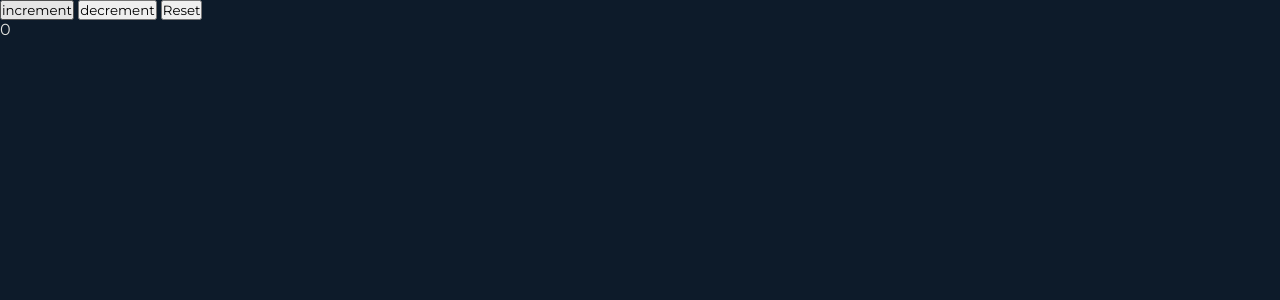
Repository: EguJaredoBoyd/Jared-Counter-App
Page: index.html
An editor plug-in stored every save of this project. The page is shown before and after the next save, followed by the edit.
The browser window is 1280 px wide. The pictures show the whole page.

Above is the page before, as saved 2025-11-17 20:53:04.

After the next save:
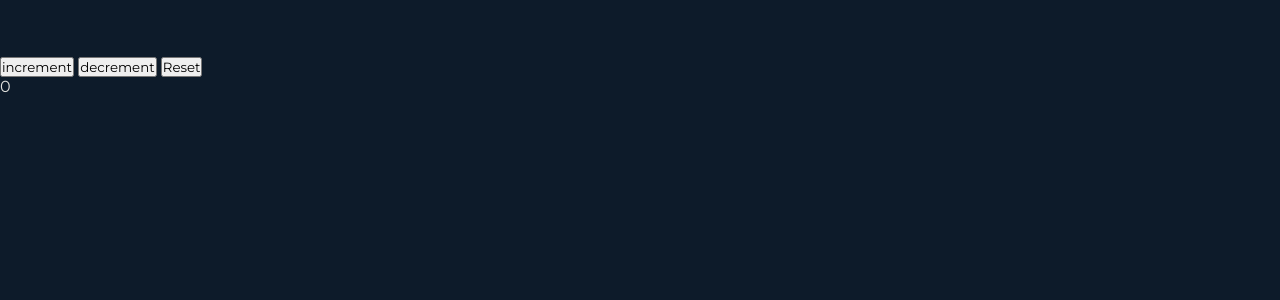
Saved 9 min 29 s later.
--- a/index.html
+++ b/index.html
@@ -14,6 +14,13 @@
 </head>
 
 <body>
+    <ul>
+        <li></li>
+        <li></li>
+        <li>
+
+        </li>
+    </ul>
     <button id="increment">increment</button>
     <button id="decrement">decrement</button>
     <button id="reset">Reset</button>
